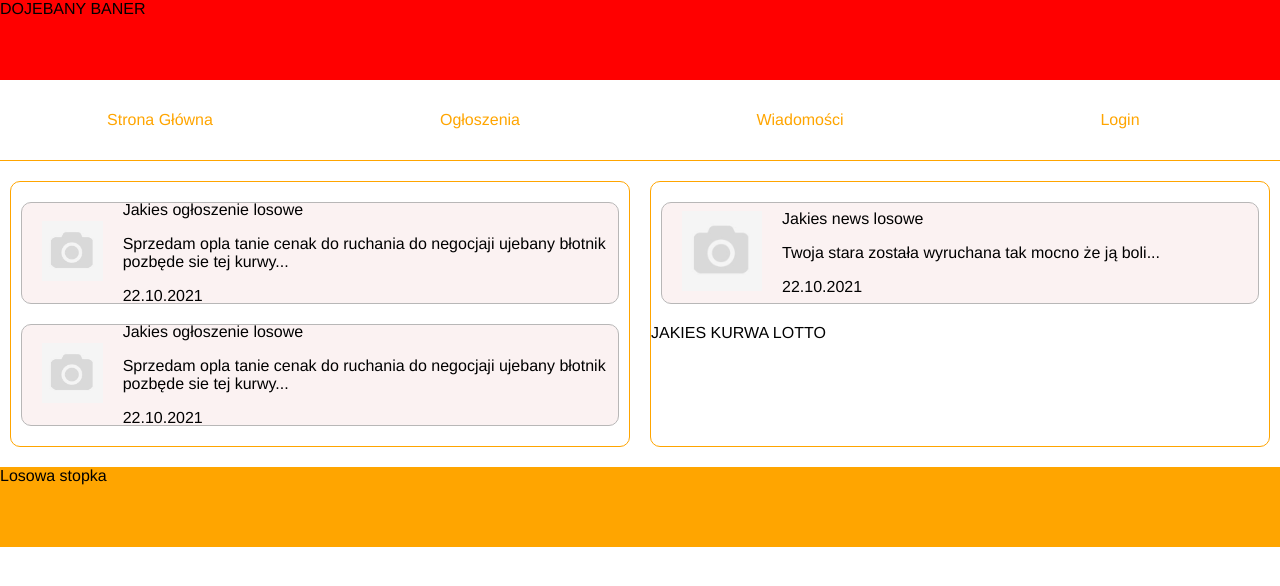
Repository: PatrykStawik/projectppz
Page: /
These files come from the project's save history. The page is drawn as it stood at one moment and after a run of saves; the edit follows.
The browser window is 1280 px wide. The pictures show the whole page.
The project was rebuilt for these pictures with package versions that can differ from the ones it lists, and the page was loaded fresh each time. The framework's server and built-in components were replaced by stand-ins that run in the browser.

Above is the page before, as saved 2021-05-22 14:07:25.

After the next 3 saves:
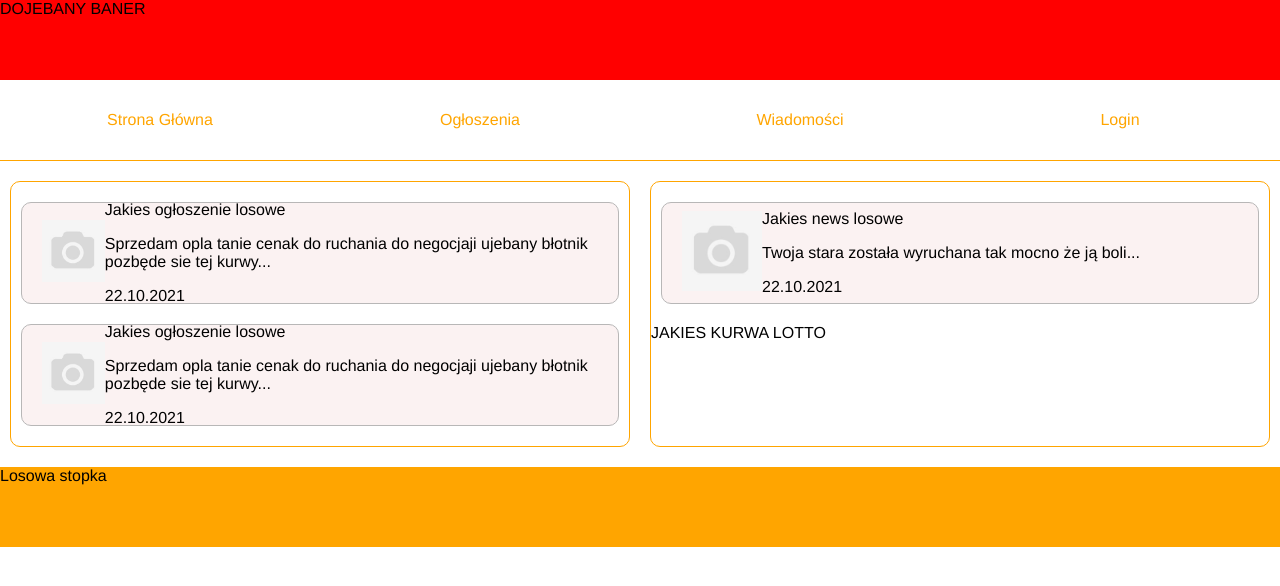
The 3 saves are shown as one change because they came seconds apart.
The last was saved 29 s later.
--- a/components/common/Bar/Bar.tsx
+++ b/components/common/Bar/Bar.tsx
@@ -23,6 +23,7 @@ const Wrapper = styled.div`
   }
   .body{
     margin-left: 20px;
+    margin: 50px 0;
   }
 `;
 
